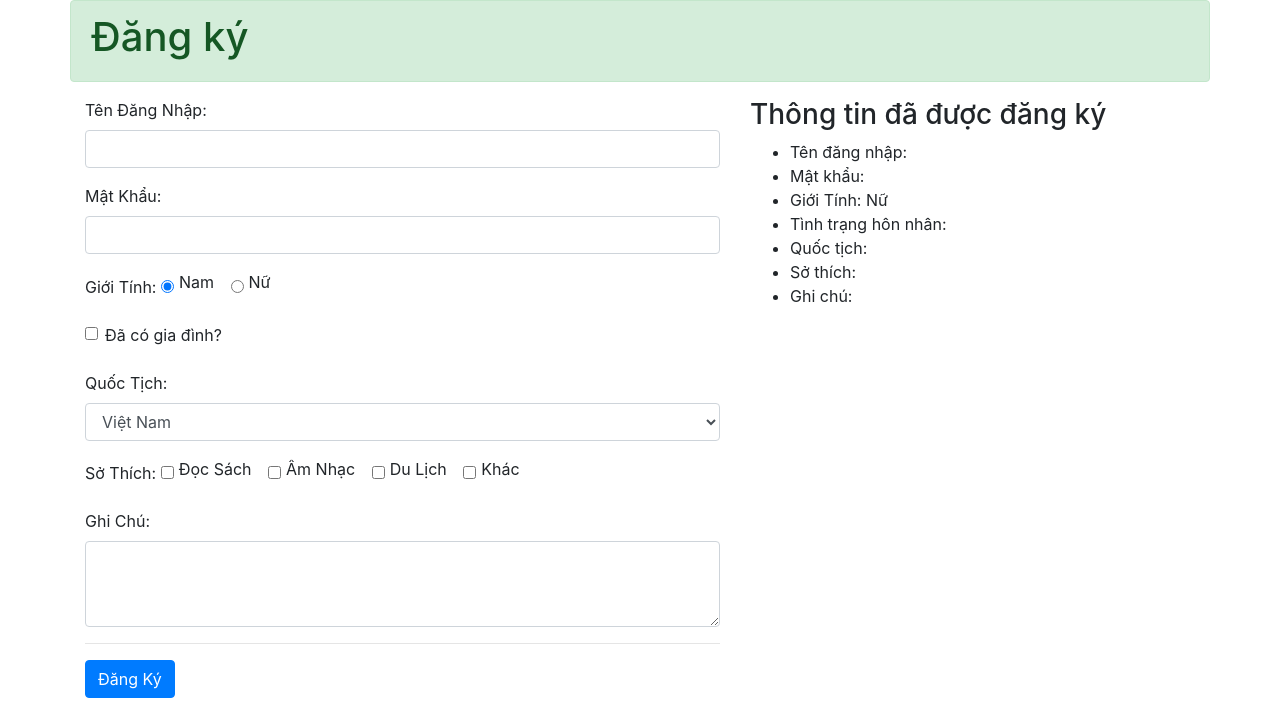
Repository: MT-thanh-MT/Java4_labs
Page: http://localhost/Lab2/RegisterServlet
These files come from the project's save history. The page is drawn as it stood at one moment and after the next save; the edit follows.
The browser window is 1280 px wide. The pictures show the whole page.
The page is served by Tomcat 9.

Above is the page before, as saved 2022-07-11 12:09:16.

After the next save:
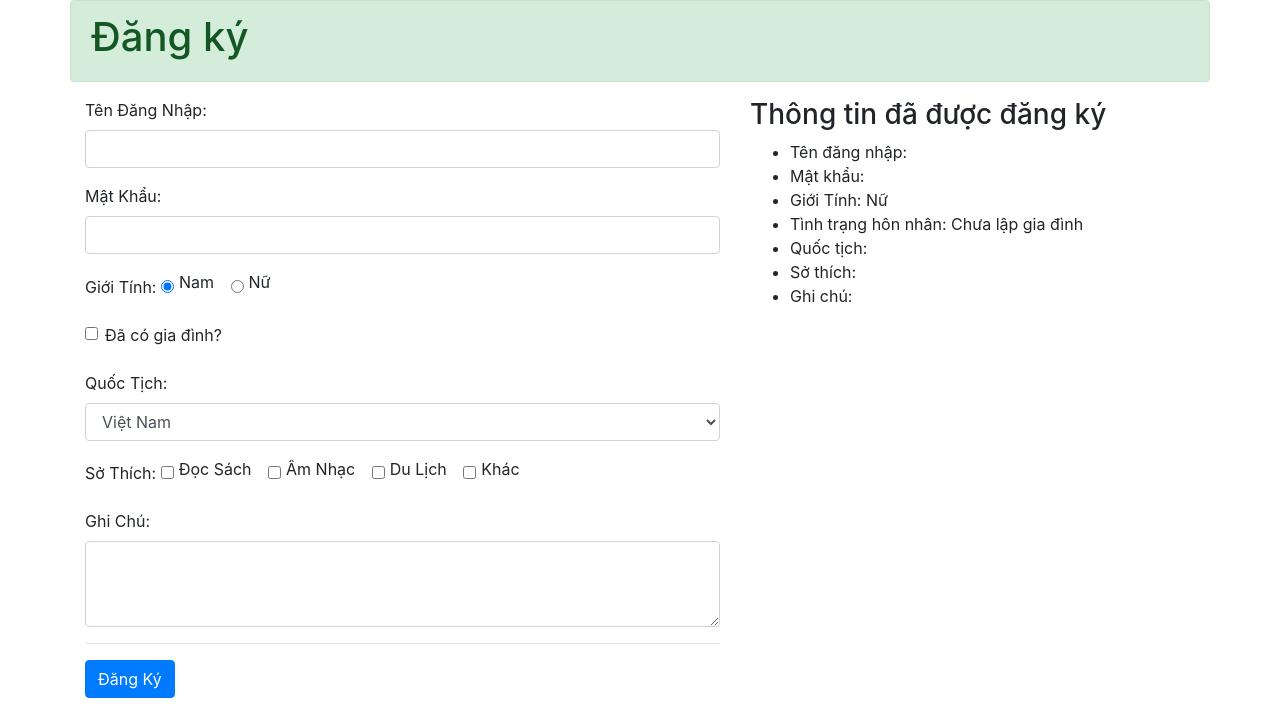
Saved 4 min 1 s later.
--- a/Lab2/src/main/webapp/views/register.jsp
+++ b/Lab2/src/main/webapp/views/register.jsp
@@ -109,7 +109,7 @@
 					<li>Tên đăng nhập: ${ username }</li>
 					<li>Mật khẩu: ${ password }</li>
 					<li>Giới Tính: ${ gender? 'Nam':'Nữ' }</li>
-					<li>Tình trạng hôn nhân: ${ married }</li>
+					<li>Tình trạng hôn nhân: ${ married ? 'Đã lập gia đình' : 'Chưa lập gia đình' }</li>
 					<li>Quốc tịch: ${ nationality }</li>
 					<li>Sở thích: ${ favorites }</li>
 					<li>Ghi chú: ${ note }</li>
